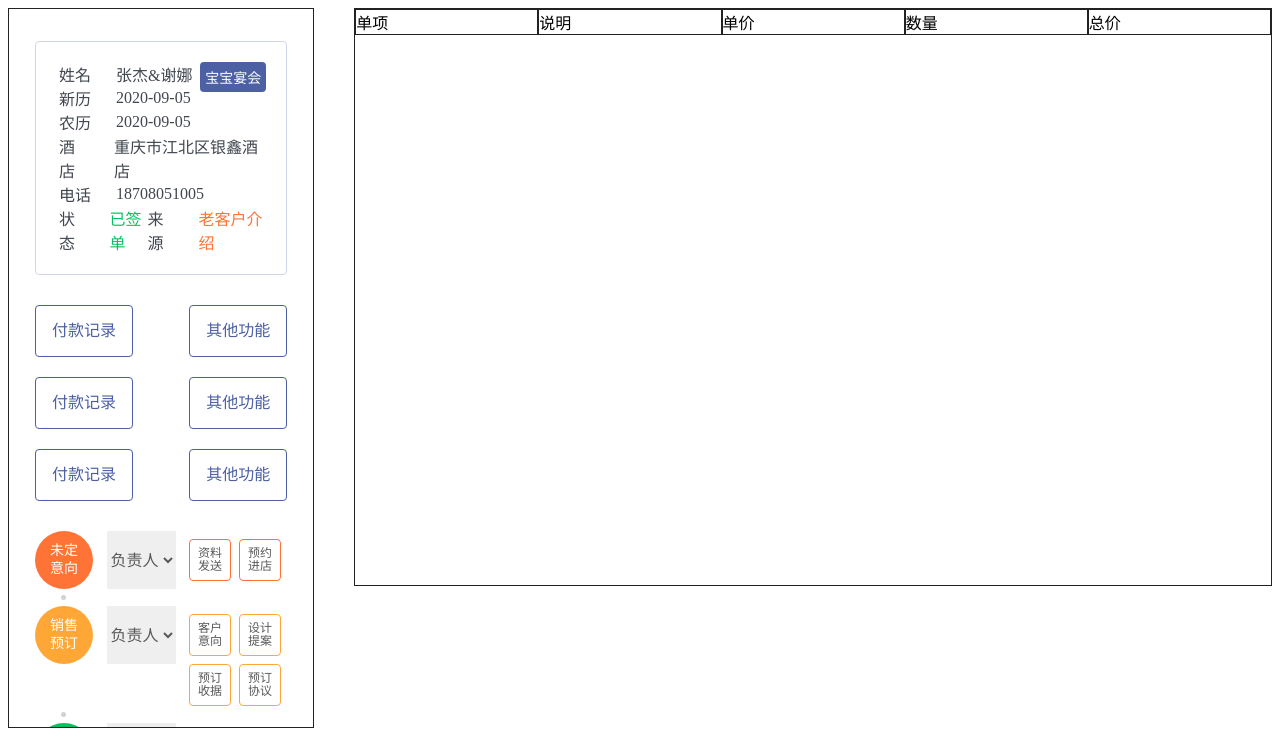
Repository: Lairuola/wedding-1
Page: index.html
The author's editor kept a copy of each file at every save. The page is drawn from the files as they stood at one save, then again after the next save.
The browser window is 1280 px wide. The pictures show the whole page.

Above is the page before, as saved 2020-12-24 15:28:40.

### index.html
<!--
 * @Author       : 濑若拉
 * @Date         : 2020-12-17 10:22:14
 * @LastEditors  : 濑若拉
 * @LastEditTime : 2020-12-24 15:28:34
 * @FilePath     : /slidebar/index.html
-->


<!DOCTYPE html>
<html lang="en">

<head>
  <meta charset="UTF-8">
  <meta name="viewport" content="width=device-width, initial-scale=1.0">
  <title>Document</title>
  <style>
    .slide-left {
      width: 402px;
      height: 100vh;
      box-sizing: border-box;
      padding: 32px 26px;
      overflow-y: auto;
      display: flex;
      flex-direction: column;
      align-items: center;
      border: 1px solid #222;
    }

    .info {
      width: 100%;
      height: 328px;
      display: flex;
      flex-direction: column;
      justify-content: space-between;
      padding: 20px 23px;
      position: relative;
      box-sizing: border-box;
      border-radius: 4px;
      border: solid 1px #d1d6e7;
    }

    .info .row {
      width: 100%;
      display: flex;
      font-size: 16px;
      color: #414750;
      flex-direction: row;
      align-items: center;
    }

    .info .row .label,
    .info .end-row .item .label {
      margin-right: 25px;
    }

    .info .end-row {
      width: 100%;
      display: flex;
      flex-direction: row;
      align-items: center;
      justify-content: space-between;
      font-size: 16px;
      color: #414750;
    }

    .info .end-row .item {
      display: flex;
      flex-direction: row;
      align-items: center;
      font-size: 16px;
      color: #414750;
    }

    .info .info-tag {
      padding: 5px;
      background-color: #4c60a3;
      border-radius: 4px;
      font-size: 14px;
      color: #fff;
      position: absolute;
      top: 20px;
      right: 20px;
    }

    .btn-area {
      width: 100%;
      display: flex;
      flex-direction: row;
      align-items: center;
      justify-content: space-between;
      flex-wrap: wrap;
      margin-top: 10px;
      margin-bottom: 30px;
    }

    .btn-area .btn {
      width: 96px;
      height: 50px;
      background-color: #ffffff;
      border-radius: 4px;
      border: solid 1px #4c60a3;
      font-size: 16px;
      color: #4c60a3;
      text-align: center;
      line-height: 50px;
      margin-top: 20px;
    }

    .bot-area {
      width: 100%;
      display: flex;
      flex-direction: column;
    }

    .bot-area .item {
      width: 100%;
      display: flex;
      flex-direction: row;
      position: relative;
      padding-bottom: 17px;
    }

    .bot-area .item .circle {
      width: 58px;
      height: 58px;
      color: #fff;
      border-radius: 100%;
      display: flex;
      align-items: center;
      justify-content: center;
    }

    .bot-area .item .circle .text {
      width: 28px;
      height: 36px;
      font-size: 14px;
      line-height: 18px;
    }

    .bot-area .item .select-wrap {
      width: 96px;
      text-align: center;
    }

    .bot-area .item .select-wrap .bot-select {
      border: none;
      outline: none;
      color: #595959;
      font-size: 16px;
      height: 58px;
    }

    .bot-area .item .btn-row {
      flex: 1;
      display: flex;
      flex-direction: row;
      flex-wrap: wrap;
      margin-right: -8px;
    }

    .bot-area .item .btn-row .btn {
      width: 40px;
      height: 40px;
      border-radius: 4px;
      margin-right: 8px;
      border: 1px solid;
      display: flex;
      align-items: center;
      justify-content: center;
      margin-top: 8px;
      color: #595959;
    }

    .bot-area .item .btn-row .btn .word {
      width: 24px;
      height: 26px;
      font-size: 12px;
      line-height: 13px;
      letter-spacing: 0px;
    }

    .bot-area .item .dot {
      width: 5px;
      height: 5px;
      background-color: #d2d2d2;
      border-radius: 100%;
      position: absolute;
      bottom: 6px;
      left: 26px;
    }

    .bot-area .item .btn-row .btn.orange {
      border-color: #ff7336;
    }

    .bot-area .item .btn-row .btn.orange:hover {
      background-color: #ff7336;
      color: #fff;
    }

    .bot-area .item .btn-row .btn.yellow {
      border-color: #ffa736;
    }

    .bot-area .item .btn-row .btn.yellow:hover {
      background-color: #ffa736;
      color: #fff;
    }

    .bot-area .item .btn-row .btn.green {
      border-color: #07c160;
    }

    .bot-area .item .btn-row .btn.green:hover {
      background-color: #07c160;
      color: #fff;
    }

    .bot-area .item .btn-row .btn.aqua {
      border-color: #0bc8cb;
    }

    .bot-area .item .btn-row .btn.aqua:hover {
      background-color: #0bc8cb;
      color: #fff;
    }

    .bot-area .item .btn-row .btn.blue {
      border-color: #3d9bfb;
    }

    .bot-area .item .btn-row .btn.blue:hover {
      background-color: #3d9bfb;
      color: #fff;
    }

    .bot-area .item .btn-row .btn.cornflowerblue {
      border-color: #4c60a3;
    }

    .bot-area .item .btn-row .btn.cornflowerblue:hover {
      background-color: #4c60a3;
      color: #fff;
    }

    .color-green {
      color: #07c160
    }

    .color-orange {
      color: #ff7336;
    }

    .bg-color-red {
      background-color: #ff7336;
    }

    .bg-color-yellow {
      background-color: #ffa736;
    }

    .bg-color-green {
      background-color: #07c160;
    }

    .bg-color-aqua {
      background-color: #0bc8cb;
    }

    .bg-color-blue {
      background-color: #3d9bfb;
    }

    .bg-color-cornflowerblue {
      background-color: #4c60a3;
    }
  </style>
  <style>
    .my-table {
      width: 100%;
      height: 80vh;
      display: flex;
      flex-direction: column;
      margin-left: 40px;
      border: 1px solid #222;
      /* border: 1px solid #eff1f7; */
      border-collapse: collapse;
    }

    .my-table .rows {
      width: 100%;
      display: flex;
      flex-direction: row;
      align-items: center;
      /* border: 1px solid #eff1f7; */
    }

    .my-table .rows .item {
      flex: 1;
      border: 1px solid #222;
      border-collapse: collapse;
    }
  </style>
</head>

<body style="display: flex;flex-direction: row;">
  <div class="slide-left">
    <!-- 资料 -->
    <div class="info">
      <div class="row">
        <div class="label">姓名</div>
        <div class="content">张杰&谢娜</div>
      </div>
      <div class="row">
        <div class="label">新历</div>
        <div class="content">2020-09-05</div>
      </div>
      <div class="row">
        <div class="label">农历</div>
        <div class="content">2020-09-05</div>
      </div>
      <div class="row">
        <div class="label">酒店</div>
        <div class="content">重庆市江北区银鑫酒店</div>
      </div>
      <div class="row">
        <div class="label">电话</div>
        <div class="content">18708051005</div>
      </div>
      <div class="end-row">
        <div class="item">
          <div class="label">状态</div>
          <div class="content color-green">已签单</div>
        </div>
        <div class="item">
          <div class="label">来源</div>
          <div class="content color-orange">老客户介绍</div>
        </div>
      </div>
      <!-- tag -->
      <div class="info-tag">宝宝宴会</div>
    </div>
    <!-- btn-area -->
    <div class="btn-area">
      <div class="btn">付款记录</div>
      <div class="btn">其他功能</div>
      <div class="btn">付款记录</div>
      <div class="btn">其他功能</div>
      <div class="btn">付款记录</div>
      <div class="btn">其他功能</div>
    </div>
    <!-- bot-area -->
    <div class="bot-area">
      <div class="item">
        <div class="circle bg-color-red">
          <div class="text">未定意向</div>
        </div>
        <div class="select-wrap">
          <select class='bot-select' name="" id="">
            <option value="">负责人</option>
          </select>
        </div>
        <div class="btn-row">
          <div class="btn orange">
            <div class="word">资料发送</div>
          </div>
          <div class="btn orange">
            <div class="word">预约进店</div>
          </div>
        </div>
        <div class="dot"></div>
      </div>
      <div class="item">
        <div class="circle bg-color-yellow">
          <div class="text">销售预订</div>
        </div>
        <div class="select-wrap">
          <select class='bot-select' name="" id="">
            <option value="">负责人</option>
          </select>
        </div>
        <div class="btn-row">
          <div class="btn yellow">
            <div class="word">客户意向</div>
          </div>
          <div class="btn yellow">
            <div class="word">设计提案</div>
          </div>
          <div class="btn yellow">
            <div class="word">预订收据</div>
          </div>
          <div class="btn yellow">
            <div class="word">预订协议</div>
          </div>
        </div>
        <div class="dot"></div>
      </div>
      <div class="item">
        <div class="circle bg-color-green">
          <div class="text">设计策划</div>
        </div>
        <div class="select-wrap">
          <select class='bot-select' name="" id="">
            <option value="">负责人</option>
          </select>
        </div>
        <div class="btn-row">
          <div class="btn green">
            <div class="word">策划设计</div>
          </div>
          <div class="btn green">
            <div class="word">价格明细</div>
          </div>
          <div class="btn green">
            <div class="word">正式合同</div>
          </div>
          <div class="btn green">
            <div class="word">搭建清单</div>
          </div>
        </div>
        <div class="dot"></div>
      </div>
      <div class="item">
        <div class="circle bg-color-aqua">
          <div class="text">服务统筹</div>
        </div>
        <div class="select-wrap">
          <select class='bot-select' name="" id="">
            <option value="">负责人</option>
          </select>
        </div>
        <div class="btn-row">
          <div class="btn aqua">
            <div class="word">统筹服务</div>
          </div>
        </div>
        <div class="dot"></div>
      </div>
      <div class="item">
        <div class="circle bg-color-blue">
          <div class="text">执行搭建</div>
        </div>
        <div class="select-wrap">
          <select class='bot-select' name="" id="">
            <option value="">负责人</option>
          </select>
        </div>
        <div class="btn-row">
          <div class="btn blue">
            <div class="word">搭建确认</div>
          </div>
          <div class="btn blue">
            <div class="word">执行完成</div>
          </div>
        </div>
        <div class="dot"></div>
      </div>
      <div class="item">
        <div class="circle bg-color-cornflowerblue">
          <div class="text">成本结算</div>
        </div>
        <div class="select-wrap">
          <select class='bot-select' name="" id="">
            <option value="">负责人</option>
          </select>
        </div>
        <div class="btn-row">
          <div class="btn cornflowerblue">
            <div class="word">成本核算</div>
          </div>
        </div>
      </div>
    </div>
  </div>
  <div class="my-table">
    <div class="rows">
      <div class="item">单项</div>
      <div class="item">说明</div>
      <div class="item">单价</div>
      <div class="item">数量</div>
      <div class="item">总价</div>
    </div>
  </div>
</body>

</html>

After the next save:
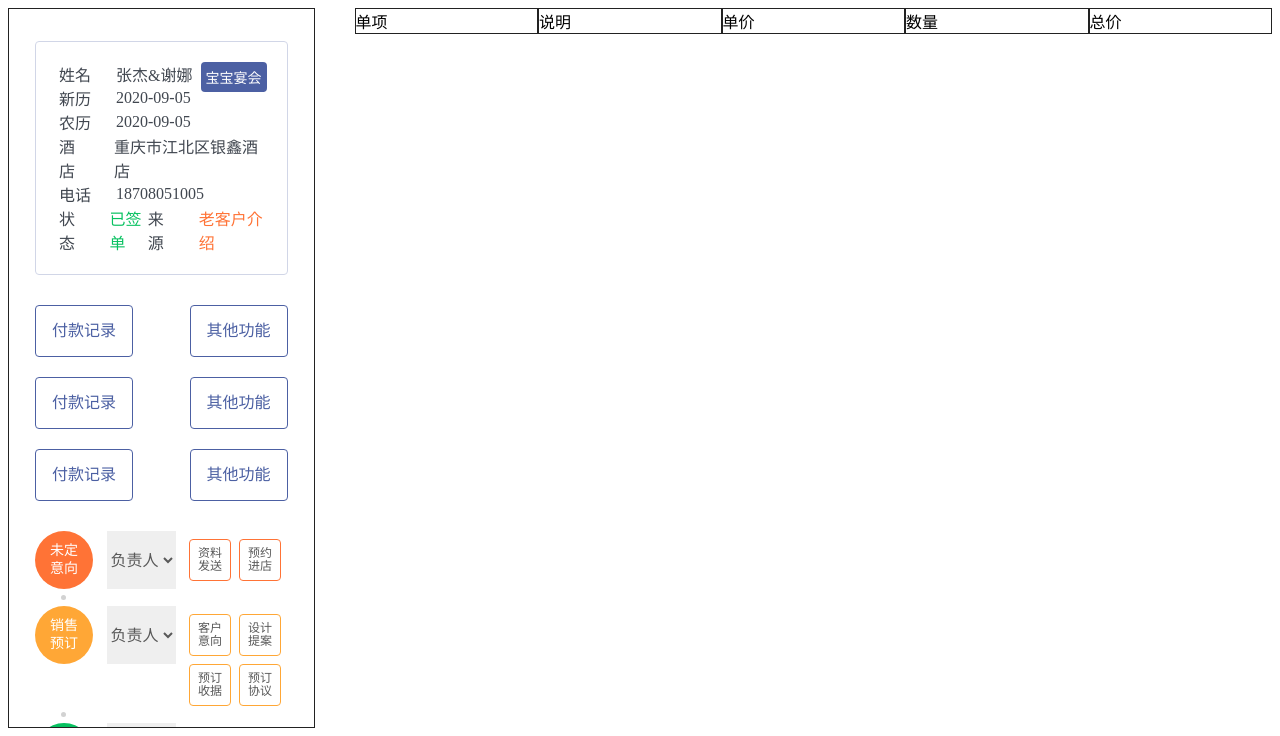
Saved 51 s later.
--- a/index.html
+++ b/index.html
@@ -2,7 +2,7 @@
  * @Author       : 濑若拉
  * @Date         : 2020-12-17 10:22:14
  * @LastEditors  : 濑若拉
- * @LastEditTime : 2020-12-24 15:28:34
+ * @LastEditTime : 2020-12-24 15:29:31
  * @FilePath     : /slidebar/index.html
 -->
 
@@ -283,7 +283,7 @@
       display: flex;
       flex-direction: column;
       margin-left: 40px;
-      border: 1px solid #222;
+      /* border: 1px solid #222; */
       /* border: 1px solid #eff1f7; */
       border-collapse: collapse;
     }
